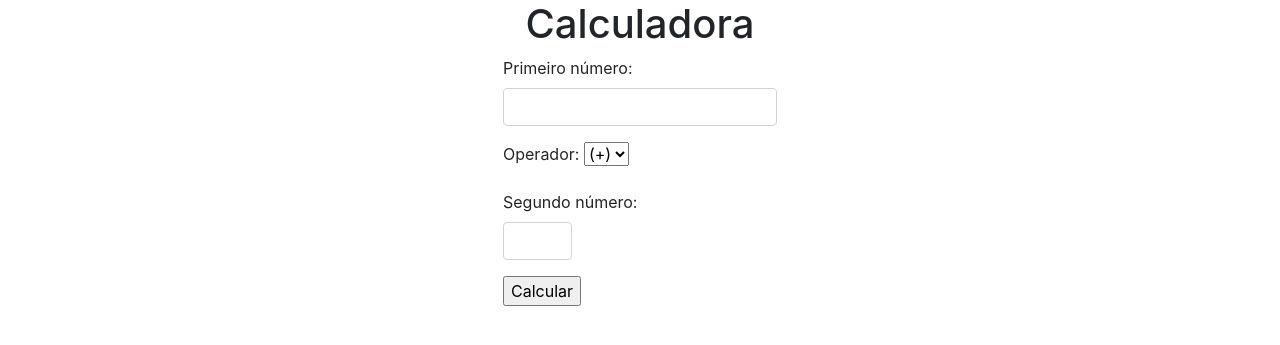
Repository: babirms/DAC
Page: Calculadora/WebContent/home.html
An editor plug-in stored every save of this project. The page is shown before and after the next save, followed by the edit.
The browser window is 1280 px wide. The pictures show the whole page.

Above is the page before, as saved 2020-09-20 22:41:34.
Console error (its wording comes from the project's code and is left out).

### Calculadora/WebContent/home.html
<!DOCTYPE html>
<html>
<head>
<meta charset="ISO-8859-1">
<title>Calculadora - Página Inicial</title>
<link href="bootstrap/css/bootstrap.min.css" rel="stylesheet"
	type="text/css" />
<script type="text/javascript" src="bootstrap/js/bootstrap.min.js"></script>
</head>
<body>
	<div class="d-flex flex-column align-items-center col-xs-10">
		<h1>Calculadora</h1>
		<form action="CalculadoraServlet" method="get">
			<div class="form-group">
				<label for="primeiroNum">Primeiro número: </label> <input
					type="number" class="form-control" name="primeiroValue"
					id="primeiroNum ">
			</div>
			<div class="form-group">
				<label>Operador: </label> <select name="operacao">
					<option value="soma">(+)</option>
					<option value="sub">(-)</option>
					<option value="mul">(*)</option>
					<option value="div">(/)</option>
				</select>
			</div>
			<div class="form-group">
				<label for="segundoNum">Segundo número: </label> <input
					type="number" id="segundoNum" class="form-control col-sm-3"
					name="segundoValue">
			</div>
			<input type="submit" value="Calcular">
		</form>
	</div>

</body>
</html>

Loaded but not shown: Calculadora/WebContent/bootstrap/css/bootstrap.min.css (library); Calculadora/WebContent/bootstrap/js/bootstrap.min.js (library)

After the next save:
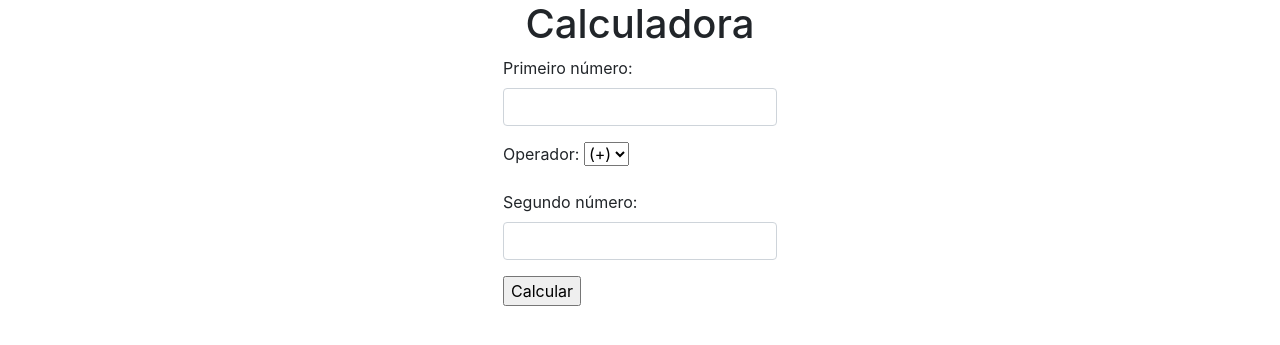
Saved 7 s later.
--- a/Calculadora/WebContent/home.html
+++ b/Calculadora/WebContent/home.html
@@ -26,7 +26,7 @@
 			</div>
 			<div class="form-group">
 				<label for="segundoNum">Segundo número: </label> <input
-					type="number" id="segundoNum" class="form-control col-sm-3"
+					type="number" id="segundoNum" class="form-control"
 					name="segundoValue">
 			</div>
 			<input type="submit" value="Calcular">
